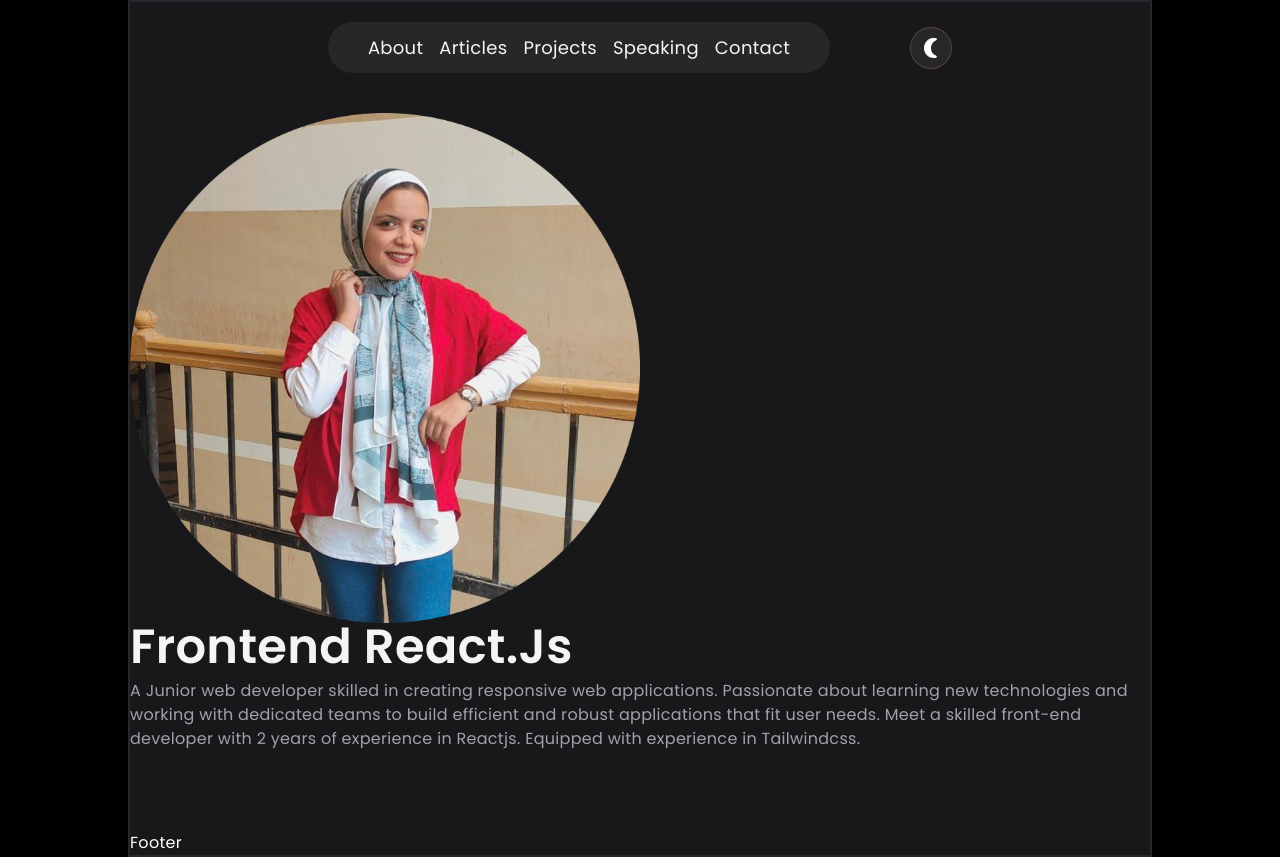
Repository: Wafaabahgat/Portfolio
Page: /
The author's editor kept a copy of each file at every save. The page is drawn from the files as they stood at one save, then again after a run of saves.
The browser window is 1280 px wide. The pictures show the whole page.
The project was rebuilt for these pictures with package versions that can differ from the ones it lists, and the page was loaded fresh each time. Also part of the build but not shown: vite.config.ts, src/App.css, src/ErrorPage.tsx.

Above is the page before, as saved 2023-12-08 03:17:36.

After the next 7 saves:
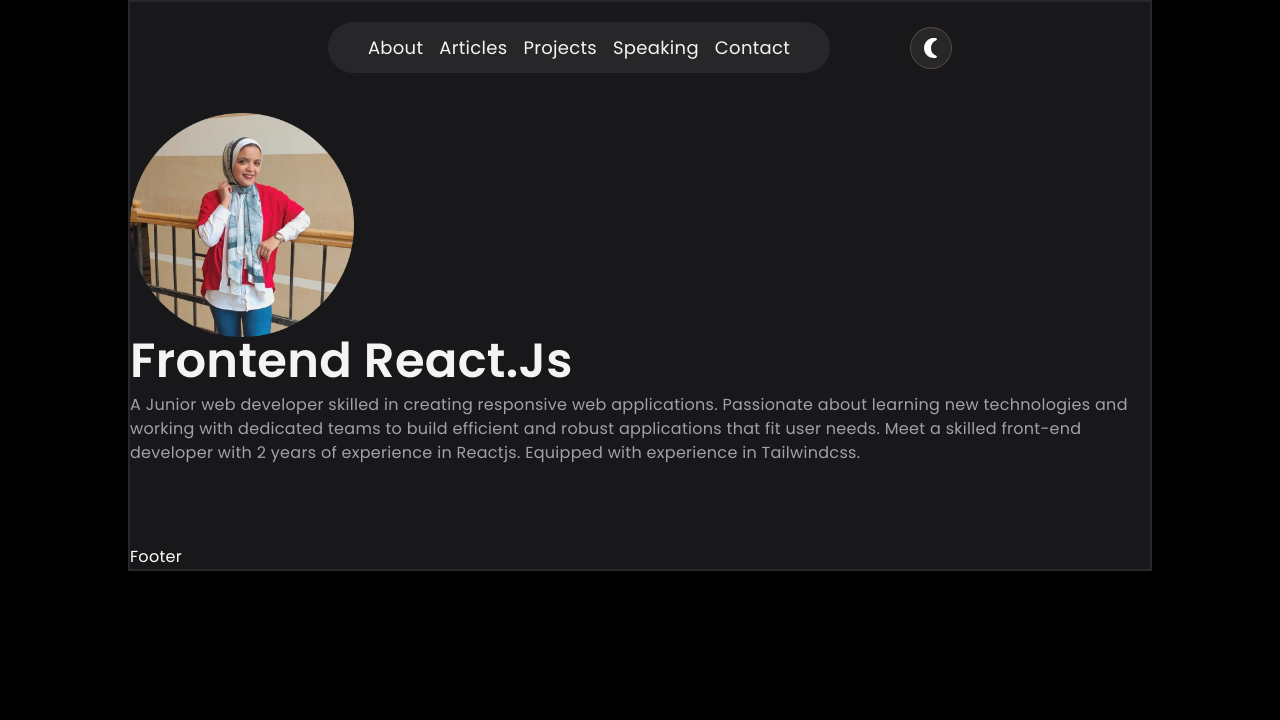
The 7 saves are shown as one change because they came seconds apart.
The last was saved 21 s later.
--- a/src/components/home/Hero.tsx
+++ b/src/components/home/Hero.tsx
@@ -8,7 +8,7 @@ const Hero: FC<HeroProps> = () => {
     <>
       <div className="mt-10">
         <div>
-          <img src={avatar} className="w-[50%]"/>
+          <img src={avatar} className="w-[22%]"/>
           <h1 className="text-main-title font-semibold text-5xl mb-2 capitalize">
             frontend react.js
           </h1>
